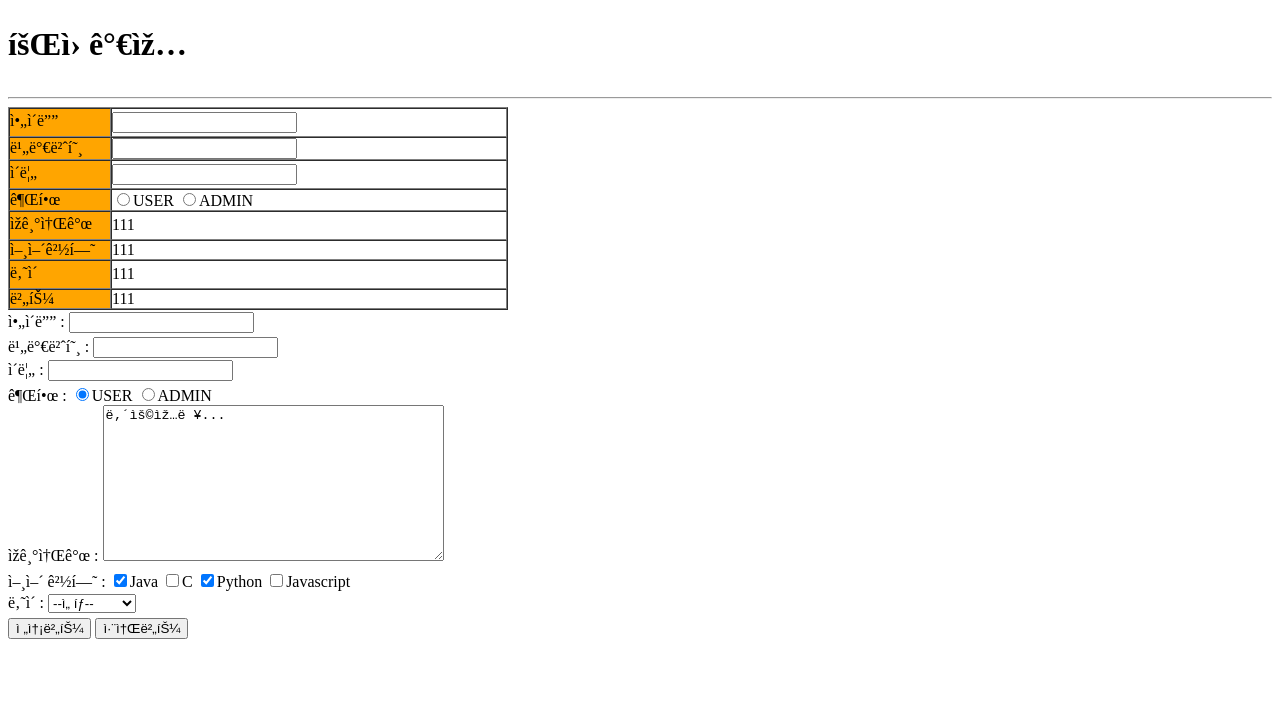
Repository: serim53/JSPStudy
Page: http://localhost/BoardWeb_JSP_/insertUser.jsp
The author's editor kept a copy of each file at every save. The page is drawn from the files as they stood at one save, then again after the next save.
The browser window is 1280 px wide. The pictures show the whole page.
The page is served by Tomcat 10. Other server files are loaded and not shown.

Above is the page before, as saved 2025-07-08 05:06:13.

### BoardWeb(JSP)/src/main/webapp/insertUser.jsp
<!DOCTYPE html PUBLIC "-//W3C//DTD HTML 4.01 Transitional//EN" "http://www.w3.org/TR/html4/loose.dtd">
<html>
<head>
<meta http-equiv="Content-Type" content="text/html; charset=UTF-8">
<title>회원가입</title>
</head>
<body>
<h1>회원 가입</h1>
<hr>
<form action="insertUser.do" method="get">

<table border="1" cellpadding="0" cellspacing="0" width="500">
	<tr>
		<td bgcolor="orange" width="100">아이디</td>
		<td><input type="text"/></td>
	</tr>
	<tr>
		<td bgcolor="orange">비밀번호</td>
		<td><input type="text"/></td>
	</tr>
	<tr>
		<td bgcolor="orange">이름</td>
		<td><input type="text"/></td>
	</tr>
	<tr>
		<td bgcolor="orange">권한</td>
		<td>
			<input name="role" type="radio" checked/>USER
      		<input name="role" type="radio"/>ADMIN<br>
    	</td>
	</tr>
	<tr>
		<td bgcolor="orange">자기소개</td>
		<td>111</td>
	</tr>
	<tr>
		<td bgcolor="orange">언어경험</td>
		<td>111</td>
	</tr>
	<tr>
		<td bgcolor="orange">나이</td>
		<td>111</td>
	</tr>
	<tr>
		<td bgcolor="orange">버튼</td>
		<td>111</td>
	</tr>
</table>
아이디 : <input type="text" size="20"/><br>
비밀번호 : <input type="password" size="20"/><br>
이름 : <input type="text"/><br>
권한 : <input name="role" type="radio" checked/>USER
      <input name="role" type="radio"/>ADMIN<br>
자기소개 : <textarea rows="10" cols="40">내용입력...</textarea><br>
언어 경험 : <input type="checkbox" checked/>Java
		  <input type="checkbox"/>C
		  <input type="checkbox" checked/>Python
		  <input type="checkbox"/>Javascript<br>
나이 : <select>
		<option>--선택--
		<option>10대
		<option>20대
		<option>30대
		<option>40대
		<option>50대
		<option>60대 이상
	  </select><br>
<input type="submit" value="전송버튼"/>
<input type="reset" value="취소버튼"/>
</form>
</body>
</html>

After the next save:
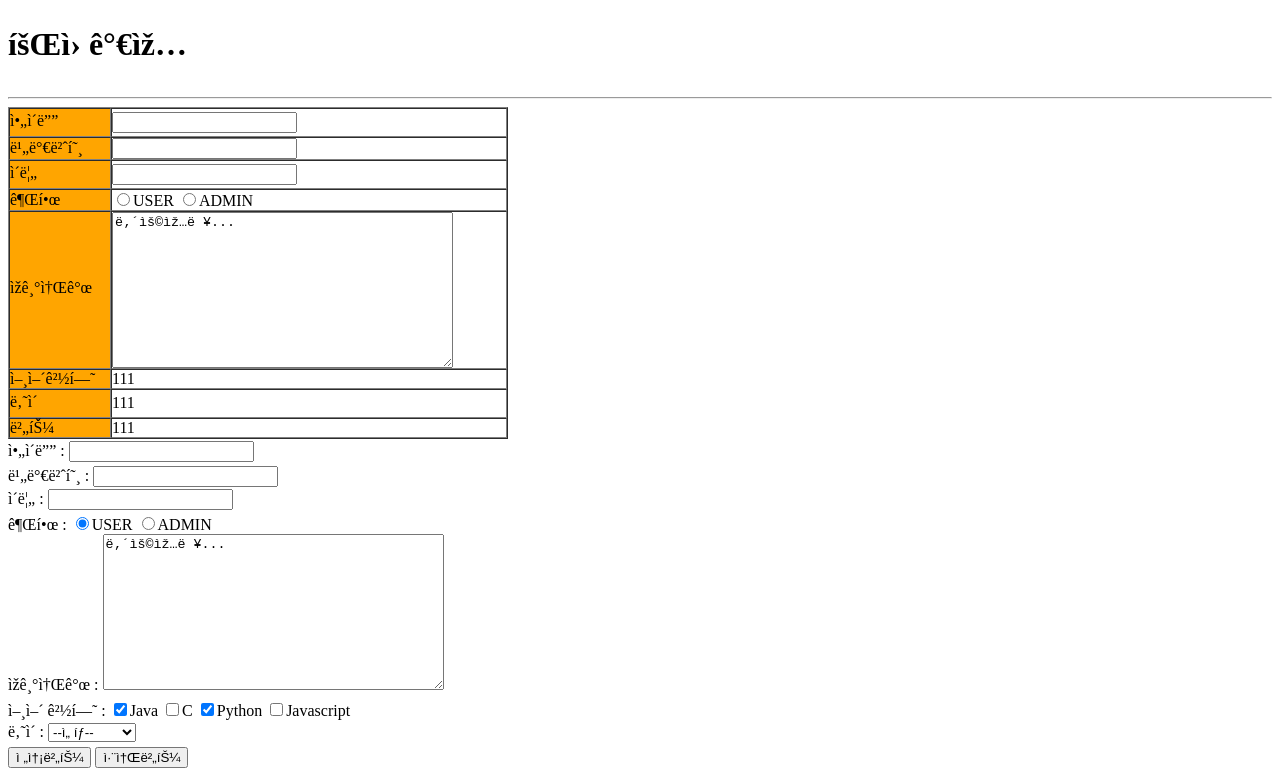
Saved 8 s later.
--- a/BoardWeb(JSP)/src/main/webapp/insertUser.jsp
+++ b/BoardWeb(JSP)/src/main/webapp/insertUser.jsp
@@ -31,7 +31,7 @@
 	</tr>
 	<tr>
 		<td bgcolor="orange">자기소개</td>
-		<td>111</td>
+		<td><textarea rows="10" cols="40">내용입력...</textarea></td>
 	</tr>
 	<tr>
 		<td bgcolor="orange">언어경험</td>
